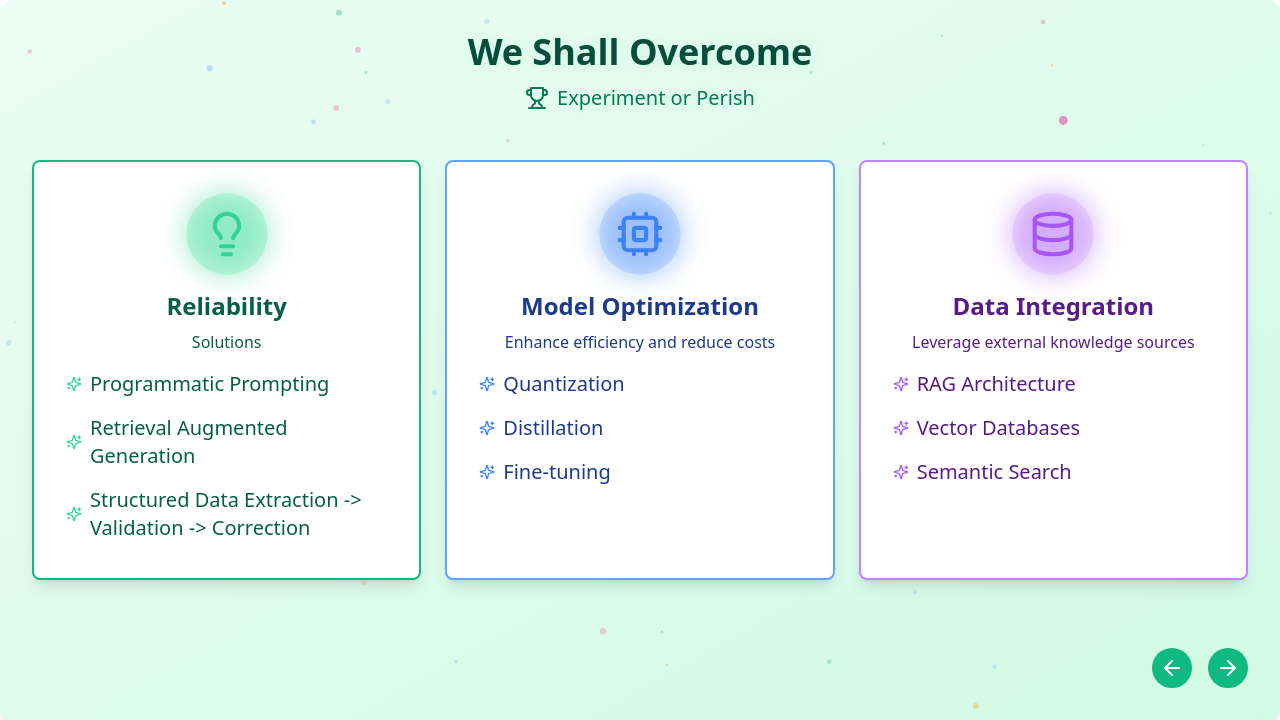
Repository: Galbaz1/dell_presentation
Page: /slide5
The author's editor kept a copy of each file at every save. The page is drawn from the files as they stood at one save, then again after a run of saves.
The browser window is 1280 px wide. The pictures show the whole page.
The project was rebuilt for these pictures with package versions that can differ from the ones it lists, and the page was loaded fresh each time. The framework's server and built-in components were replaced by stand-ins that run in the browser. Also part of the build but not shown: styles/animations/slide1.css, styles/animations/slide2.css.

Above is the page before, as saved 2024-11-12 14:27:35.

### pages/_app.tsx
import '../styles/globals.css'
import '../styles/animations/slide1.css'
import '../styles/animations/slide2.css'
import type { AppProps } from 'next/app'

function MyApp({ Component, pageProps }: AppProps) {
  return <Component {...pageProps} />
}

export default MyApp

### pages/slide5.tsx
import React, { useState } from 'react';
import { ArrowRight, ArrowLeft, Lightbulb, Sparkles, Cpu, Database, Gauge, Zap, Trophy, ArrowUpCircle } from 'lucide-react';
import Link from 'next/link';
import { motion } from 'framer-motion';

const Slide5: React.FC = () => {
  const [hoveredSolution, setHoveredSolution] = useState<number | null>(null);

  // Enhanced particles with different colors for firework effect
  const fireworkColors = [
    '#10B981', // emerald
    '#60A5FA', // blue
    '#F59E0B', // amber
    '#C084FC', // purple
    '#EC4899', // pink
  ];

  const particles = Array.from({ length: 60 }).map((_, i) => ({
    id: i,
    x: Math.random() * 100,
    y: Math.random() * 100,
    size: Math.random() * 4 + 2,
    duration: Math.random() * 20 + 10,
    delay: Math.random() * 5,
    color: fireworkColors[Math.floor(Math.random() * fireworkColors.length)]
  }));

  // Sparkle animation variants
  const sparkleVariants = {
    initial: { scale: 0, opacity: 0 },
    animate: (i: number) => ({
      scale: [0, 1, 0],
      opacity: [0, 1, 0],
      transition: {
        duration: 2,
        repeat: Infinity,
        delay: i * 0.1,
        ease: "easeInOut"
      }
    })
  };

  // Function to create sparkles around an element
  const SparkleEffect = ({ color }: { color: string }) => {
    return Array.from({ length: 8 }).map((_, i) => (
      <motion.div
        key={i}
        className="absolute w-2 h-2"
        style={{
          background: color,
          borderRadius: '50%',
          filter: 'blur(1px)',
          transform: `rotate(${i * 45}deg) translateX(30px)`
        }}
        variants={sparkleVariants}
        custom={i}
        initial="initial"
        animate="animate"
      />
    ));
  };

  const solutions = [
    {
      icon: <Lightbulb className="w-12 h-12" />,
      title: "Reliability",
      color: {
        border: "#10B981", // emerald-400
        bg: "#D1FAE5",     // emerald-100
        text: "#065F46",   // emerald-900
        glow: "#34D399"    // emerald-400
      },
      description: "Solutions",
      items: [
        "Programmatic Prompting",
        "Retrieval Augmented Generation",
        "Structured Data Extraction -> Validation -> Correction"
      ]
    },
    {
      icon: <Cpu className="w-12 h-12" />,
      title: "Model Optimization",
      color: {
        border: "#60A5FA", // blue-400
        bg: "#DBEAFE",     // blue-100
        text: "#1E3A8A",   // blue-900
        glow: "#3B82F6"    // blue-400
      },
      description: "Enhance efficiency and reduce costs",
      items: [
        "Quantization",
        "Distillation",
        "Fine-tuning"
      ]
    },
    {
      icon: <Database className="w-12 h-12" />,
      title: "Data Integration",
      color: {
        border: "#C084FC", // purple-400
        bg: "#F3E8FF",     // purple-100
        text: "#581C87",   // purple-900
        glow: "#A855F7"    // purple-400
      },
      description: "Leverage external knowledge sources",
      items: [
        "RAG Architecture",
        "Vector Databases",
        "Semantic Search"
      ]
    }
  ];

  const containerVariants = {
    hidden: { opacity: 0 },
    visible: {
      opacity: 1,
      transition: { staggerChildren: 0.3 }
    }
  };

  const cardVariants = {
    hidden: { y: 50, opacity: 0 },
    visible: (i: number) => ({
      y: 0,
      opacity: 1,
      transition: {
        delay: i * 0.2,
        type: "spring",
        stiffness: 100,
        damping: 15
      }
    }),
    hover: {
      y: -15,
      scale: 1.05,
      transition: {
        duration: 0.3,
        type: "spring",
        stiffness: 300
      }
    }
  };

  return (
    <div className="bg-gradient-to-br from-emerald-50 to-emerald-100 p-8 rounded-xl shadow-lg min-h-screen overflow-hidden relative">
      {/* Enhanced floating particles */}
      {particles.map((particle, i) => (
        <motion.div
          key={particle.id}
          className="absolute rounded-full"
          style={{
            width: particle.size,
            height: particle.size,
            left: `${particle.x}%`,
            top: `${particle.y}%`,
            background: particle.color,
            filter: 'blur(0.5px)'
          }}
          animate={{
            y: [0, -30, 0],
            x: [0, 15, 0],
            scale: [1, 1.5, 1],
            opacity: [0.2, 0.6, 0.2]
          }}
          transition={{
            duration: particle.duration,
            delay: particle.delay,
            repeat: Infinity,
            ease: "linear"
          }}
        />
      ))}

      {/* Header with uplifting animation */}
      <motion.div
        className="mb-12 text-center relative"
        animate={{
          textShadow: ["0 0 10px rgba(16, 185, 129, 0)", "0 0 20px rgba(16, 185, 129, 0.3)", "0 0 10px rgba(16, 185, 129, 0)"]
        }}
        transition={{ duration: 2, repeat: Infinity }}
      >
        <motion.div
          initial={{ y: -20, opacity: 0 }}
          animate={{ y: 0, opacity: 1 }}
          transition={{ duration: 0.8, type: "spring" }}
          className="flex items-center justify-center mb-3"
        >
          <h1 className="text-4xl font-bold text-emerald-900">We Shall Overcome</h1>
        </motion.div>
        <p className="text-xl text-emerald-700 flex items-center justify-center">
          <Trophy className="w-6 h-6 mr-2" />
          Experiment or Perish
        </p>
      </motion.div>

      {/* Solutions Grid */}
      <motion.div
        className="max-w-7xl mx-auto grid grid-cols-1 md:grid-cols-3 gap-6 mb-12"
        variants={containerVariants}
        initial="hidden"
        animate="visible"
      >
        {solutions.map((solution, index) => (
          <motion.div
            key={solution.title}
            className="bg-white p-8 rounded-lg shadow-lg cursor-pointer transform transition-all duration-300 relative"
            style={{
              borderWidth: 2,
              borderStyle: 'solid',
              borderColor: solution.color.border,
              minHeight: '420px'
            }}
            variants={cardVariants}
            custom={index}
            whileHover="hover"
            onHoverStart={() => setHoveredSolution(index)}
            onHoverEnd={() => setHoveredSolution(null)}
          >
            {/* Add sparkle effects around the card when hovered */}
            {hoveredSolution === index && (
              <div className="absolute inset-0 -m-4">
                <SparkleEffect color={solution.color.glow} />
              </div>
            )}

            {/* Icon with animation */}
            <motion.div
              className="w-20 h-20 rounded-full flex items-center justify-center mb-4 mx-auto relative"
              style={{ backgroundColor: solution.color.bg }}
              animate={{
                rotate: hoveredSolution === index ? [0, 360] : 0,
                scale: [1, 1.1, 1]
              }}
              transition={{ duration: 3, repeat: Infinity }}
            >
              <motion.div
                className="absolute inset-0 rounded-full filter blur-md"
                style={{ backgroundColor: solution.color.glow }}
                animate={{
                  scale: [1, 1.2, 1],
                  opacity: [0.3, 0.6, 0.3]
                }}
                transition={{ duration: 2, repeat: Infinity }}
              />
              <div style={{ color: solution.color.glow }}>
                {solution.icon}
              </div>
            </motion.div>

            <h2 className="text-2xl font-bold text-center mb-2" style={{ color: solution.color.text }}>
              {solution.title}
            </h2>
            <p className="text-center mb-4" style={{ color: solution.color.text }}>
              {solution.description}
            </p>

            <ul className="space-y-4">
              {solution.items.map((item, i) => (
                <motion.li
                  key={i}
                  className="flex items-center relative text-xl"
                  style={{ color: solution.color.text }}
                  initial={{ x: -10, opacity: 0 }}
                  animate={{ x: 0, opacity: 1 }}
                  transition={{ delay: index * 0.2 + i * 0.1 }}
                >
                  <div className="relative">
                    <Sparkles
                      className="w-4 h-4 mr-2 flex-shrink-0"
                      style={{ color: solution.color.glow }}
                    />
                    {hoveredSolution === index && (
                      <motion.div
                        className="absolute -inset-1"
                        animate={{
                          scale: [1, 1.5, 1],
                          opacity: [0.5, 1, 0.5]
                        }}
                        transition={{
                          duration: 1.5,
                          repeat: Infinity,
                          delay: i * 0.2
                        }}
                      >
                        <Sparkles
                          className="w-4 h-4"
                          style={{ color: solution.color.glow }}
                        />
                      </motion.div>
                    )}
                  </div>
                  {item}
                </motion.li>
              ))}
            </ul>

            {/* Success indicator */}
            <motion.div
              className="absolute -right-2 -top-2 rounded-full p-2"
              style={{ backgroundColor: solution.color.glow }}
              initial={{ scale: 0 }}
              animate={{ scale: hoveredSolution === index ? 1 : 0 }}
              transition={{ type: "spring", stiffness: 500 }}
            >
              <Zap className="w-4 h-4 text-white" />
            </motion.div>
          </motion.div>
        ))}
      </motion.div>

      {/* Navigation */}
      <div className="absolute bottom-8 right-8 flex items-center space-x-4">
        <Link href="/slide4" className="bg-emerald-500 hover:bg-emerald-600 text-white p-2 rounded-full transition-colors">
          <ArrowLeft className="w-6 h-6" />
        </Link>
        <Link href="/slide7" className="bg-emerald-500 hover:bg-emerald-600 text-white p-2 rounded-full transition-colors">
          <ArrowRight className="w-6 h-6" />
        </Link>
      </div>
    </div>
  );
};

export default Slide5;

### styles/globals.css
@tailwind base;
@tailwind components;
@tailwind utilities;

@keyframes fallAndBounce {
  0% {
    transform: translateY(-100%) translateX(-50%);
  }
  70% {
    transform: translateY(140%) translateX(-50%);
  }
  75% {
    transform: translateY(130%) translateX(-50%);
  }
  80% {
    transform: translateY(135%) translateX(-50%);
  }
  85% {
    transform: translateY(128%) translateX(-50%);
  }
  90% {
    transform: translateY(132%) translateX(-50%);
  }
  100% {
    transform: translateY(0%) translateX(-50%);
  }
}

@keyframes developerFall {
  0%, 69% {
    transform: translateX(-50%) rotate(0deg);
  }
  100% {
    transform: translateX(100%) rotate(90deg);
  }
}

@keyframes pulsate {
  0% {
    transform: translateY(0%) translateX(-50%) scale(1);
  }
  8% {
    transform: translateY(0%) translateX(-50%) scale(1.15);
  }
  10% {
    transform: translateY(0%) translateX(-50%) scale(1.1);
  }
  18% {
    transform: translateY(0%) translateX(-50%) scale(1.35);
  }
  20% {
    transform: translateY(0%) translateX(-50%) scale(1.3);
  }
  28% {
    transform: translateY(0%) translateX(-50%) scale(1.55);
  }
  30% {
    transform: translateY(0%) translateX(-50%) scale(1.5);
  }
  38% {
    transform: translateY(0%) translateX(-50%) scale(1.75);
  }
  40% {
    transform: translateY(0%) translateX(-50%) scale(1.7);
  }
  48% {
    transform: translateY(0%) translateX(-50%) scale(1.95);
  }
  50% {
    transform: translateY(0%) translateX(-50%) scale(1.9);
  }
  100% {
    transform: translateY(0%) translateX(-50%) scale(2);
  }
}

@keyframes explodePiece {
  0% {
    transform: translate(0, 0) rotate(0);
    opacity: 1;
  }
  100% {
    transform: translate(var(--tx), 1000px) rotate(var(--tr));
    opacity: 0;
  }
}

.animate-fall-bounce {
  animation:
    fallAndBounce 3s cubic-bezier(0.4, 0, 0.2, 1) forwards,
    pulsate 8s cubic-bezier(0.4, 0, 0.2, 1) 5s forwards;
}

.animate-developer-fall {
  animation: developerFall 1.2s cubic-bezier(0.4, 0, 0.2, 1) forwards;
  animation-delay: 2.1s;
}

.explosion-piece {
  position: absolute;
  animation: explodePiece 2s cubic-bezier(0.4, 0, 0.2, 1) forwards;
  animation-delay: 16s; /* 5s wait + 8s growth + 3s wait */
}

### tailwind.config.js
/** @type {import('tailwindcss').Config} */
module.exports = {
  content: [
    "./pages/**/*.{js,ts,jsx,tsx}",
    "./components/**/*.{js,ts,jsx,tsx}",
    "./styles/**/*.css",
  ],
  theme: {
    extend: {},
  },
  plugins: [],
}

After the next 4 saves:
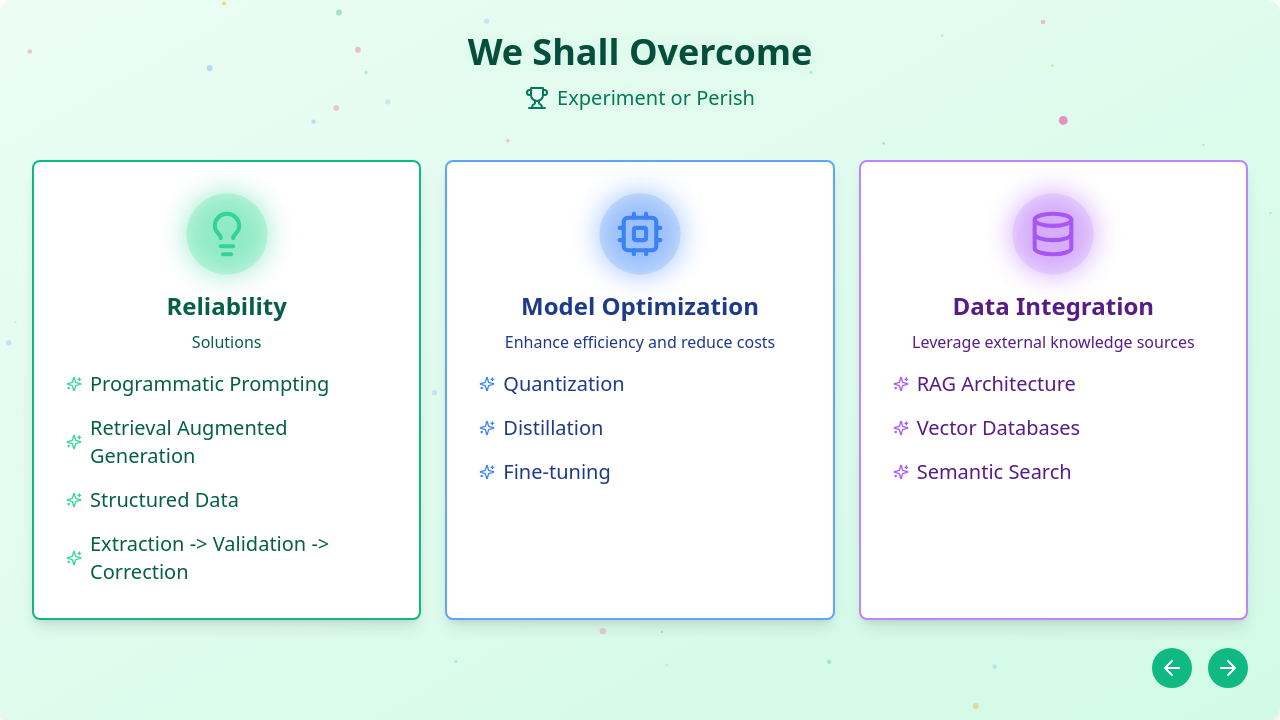
The 4 saves are shown as one change because 1 did not build or start and some came seconds apart.
The last was saved 15 s later.
--- a/pages/slide5.tsx
+++ b/pages/slide5.tsx
@@ -74,7 +74,8 @@
       items: [
         "Programmatic Prompting",
         "Retrieval Augmented Generation",
-        "Structured Data Extraction -> Validation -> Correction"
+        "Structured Data",
+        "Extraction -> Validation -> Correction"
       ]
     },
     {

After the save that followed:
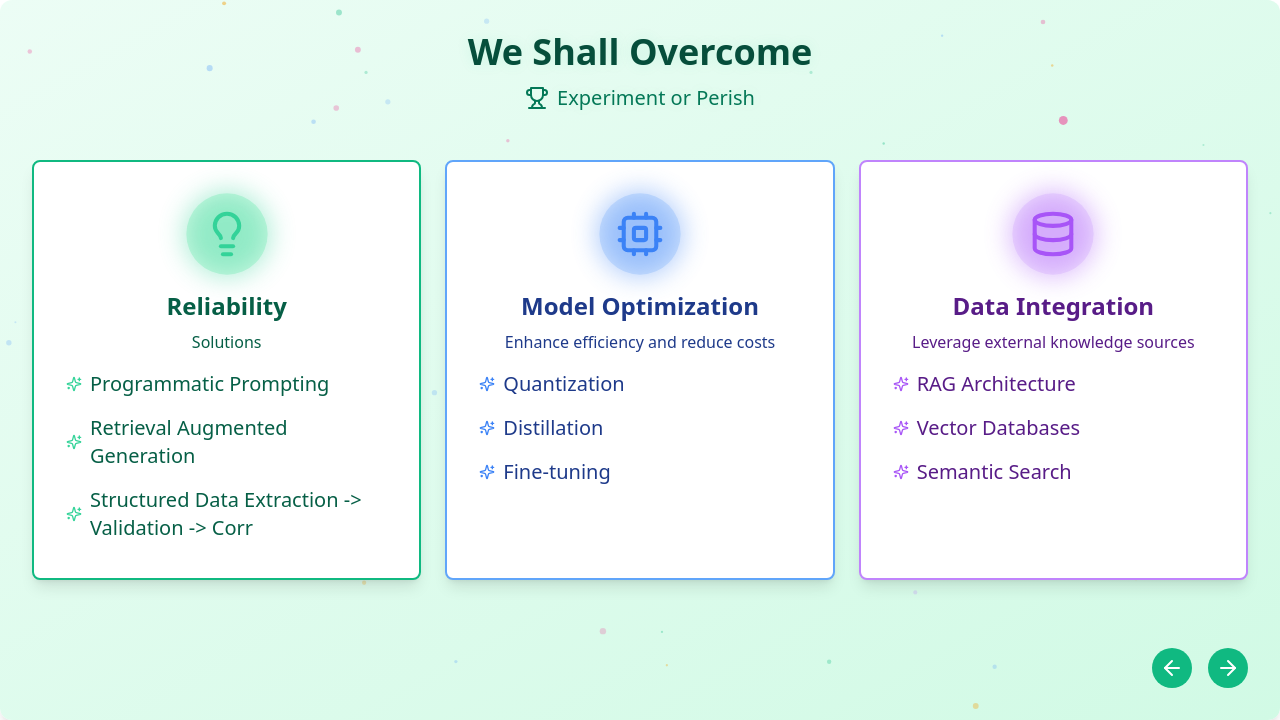
Saved 11 s later.
--- a/pages/slide5.tsx
+++ b/pages/slide5.tsx
@@ -74,8 +74,7 @@
       items: [
         "Programmatic Prompting",
         "Retrieval Augmented Generation",
-        "Structured Data",
-        "Extraction -> Validation -> Correction"
+        "Structured Data Extraction -> Validation -> Corr"
       ]
     },
     {
